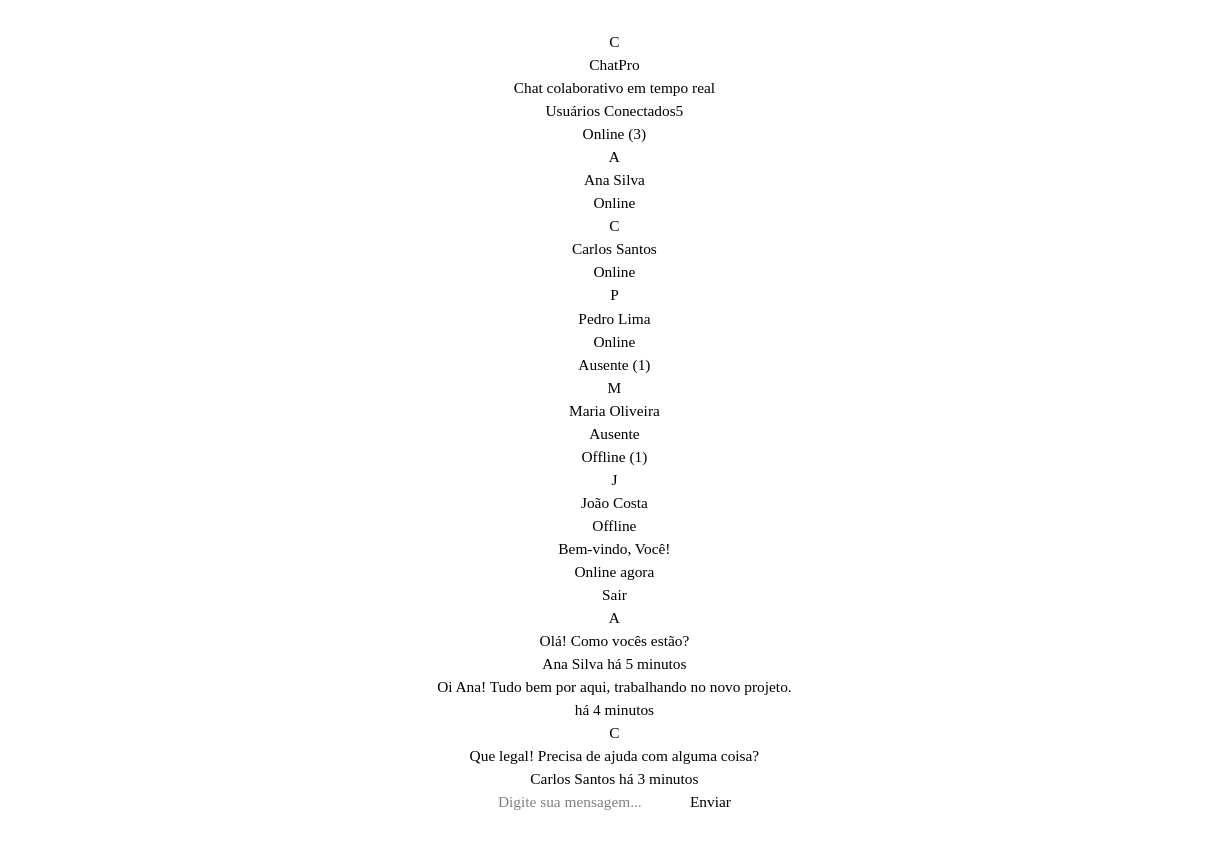
Repository: GabrielF0900/ChatPRO
Page: /chat (app in Frontend/)
An editor plug-in stored every save of this project. The page is shown before and after the next save, followed by the edit.
The browser window is 1280 px wide. The pictures show the whole page, at 96% of full size.
The project was rebuilt for these pictures with package versions that can differ from the ones it lists, and the page was loaded fresh each time. Also part of the build but not shown: Frontend/vite.config.ts, Frontend/src/pages/Register.tsx, Frontend/src/pages/Login.tsx.

Above is the page before, as saved 2025-08-02 21:28:50.

After the next save:
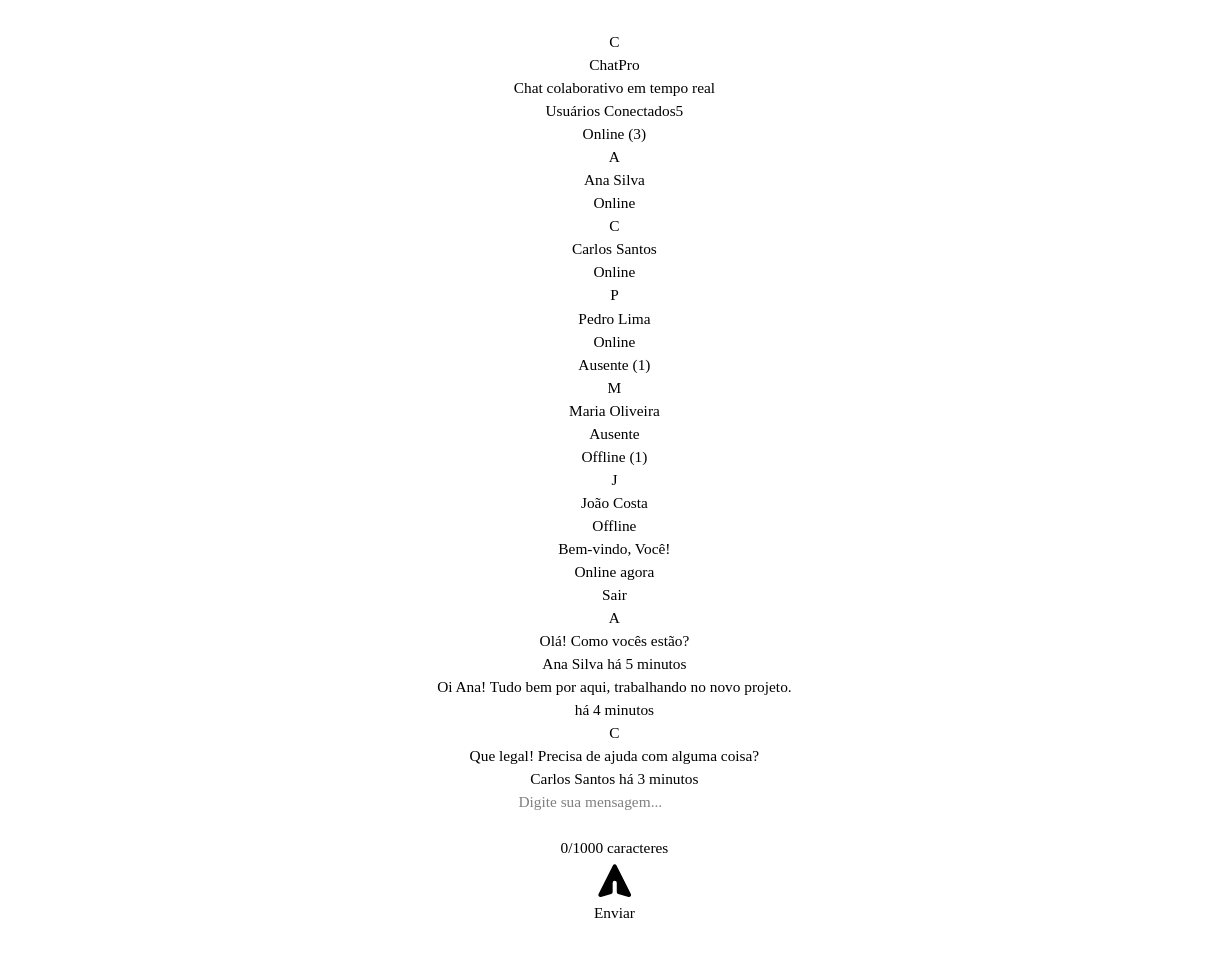
Saved 26 s later.
--- a/Frontend/src/pages/Dashboard.tsx
+++ b/Frontend/src/pages/Dashboard.tsx
@@ -156,24 +156,44 @@ export default function ChatPage() {
           </div>
         </div>
 
-        {/* Input */}
+        {/* Input de Mensagem */}
         <form
           onSubmit={handleSend}
-          className="border-t p-4 flex gap-2 items-center"
+          className="border-t border-gray-200 p-4 bg-white"
         >
-          <input
-            type="text"
-            placeholder="Digite sua mensagem..."
-            className="flex-1 border border-gray-300 rounded-md px-4 py-2 focus:outline-none focus:ring-1 focus:ring-blue-500"
-            value={message}
-            onChange={(e) => setMessage(e.target.value)}
-          />
-          <button
-            type="submit"
-            className="bg-blue-600 hover:bg-blue-700 text-white px-4 py-2 rounded-md"
-          >
-            Enviar
-          </button>
+          <div className="flex gap-3 items-end">
+            <div className="flex-1 relative">
+              <input
+                type="text"
+                placeholder="Digite sua mensagem..."
+                className="w-full border border-gray-300 rounded-2xl px-4 py-3 pr-12 resize-none focus:outline-none focus:ring-2 focus:ring-blue-500 focus:border-transparent"
+                value={message}
+                onChange={(e) => setMessage(e.target.value)}
+              />
+              <div className="absolute right-3 top-1/2 transform -translate-y-1/2 flex gap-2">
+                <button type="button" className="p-1 hover:bg-gray-100 rounded">
+                  <svg className="w-5 h-5 text-gray-400" fill="currentColor" viewBox="0 0 20 20">
+                    <path fillRule="evenodd" d="M8 4a4 4 0 100 8 4 4 0 000-8zM2 8a6 6 0 1110.89 3.476l4.817 4.817a1 1 0 01-1.414 1.414l-4.816-4.816A6 6 0 012 8z" clipRule="evenodd" />
+                  </svg>
+                </button>
+                <button type="button" className="p-1 hover:bg-gray-100 rounded">
+                  <svg className="w-5 h-5 text-gray-400" fill="currentColor" viewBox="0 0 20 20">
+                    <path fillRule="evenodd" d="M10 18a8 8 0 100-16 8 8 0 000 16zM9.555 7.168A1 1 0 008 8v4a1 1 0 001.555.832l3-2a1 1 0 000-1.664l-3-2z" clipRule="evenodd" />
+                  </svg>
+                </button>
+              </div>
+              <div className="text-xs text-gray-400 mt-2">0/1000 caracteres</div>
+            </div>
+            <button
+              type="submit"
+              className="bg-blue-600 hover:bg-blue-700 text-white px-6 py-3 rounded-2xl font-medium transition-colors duration-200 flex items-center gap-2"
+            >
+              <svg className="w-4 h-4" fill="currentColor" viewBox="0 0 20 20">
+                <path d="M10.894 2.553a1 1 0 00-1.788 0l-7 14a1 1 0 001.169 1.409l5-1.429A1 1 0 009 15.571V11a1 1 0 112 0v4.571a1 1 0 00.725.962l5 1.428a1 1 0 001.17-1.408l-7-14z" />
+              </svg>
+              Enviar
+            </button>
+          </div>
         </form>
       </main>
     </div>
